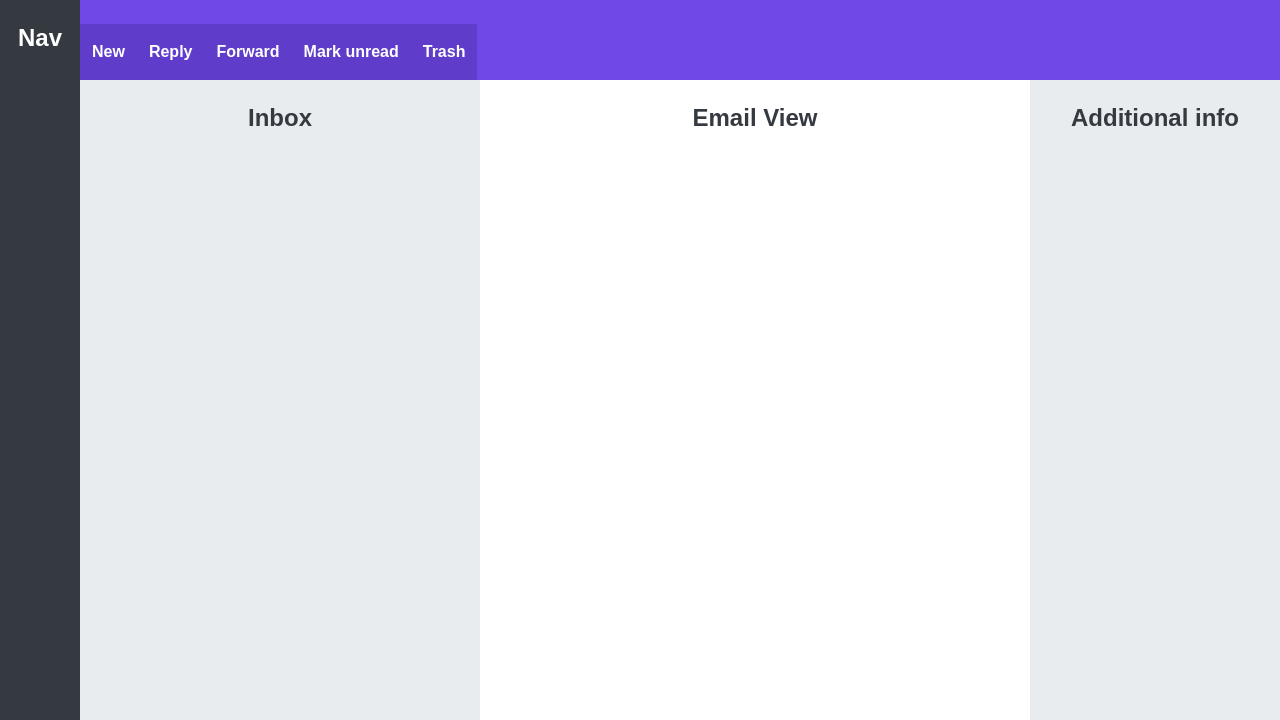
Repository: sunny070/CSS
Page: HTML and CSS some of the important components/06_app-layout.html
These files come from the project's save history. The page is drawn as it stood at one moment and after the next save; the edit follows.
The browser window is 1280 px wide. The pictures show the whole page.

Above is the page before, as saved 2023-11-17 14:00:23.

### HTML and CSS some of the important components/06_app-layout.html
<!DOCTYPE html>
<html lang="en">
<head>
    <meta charset="UTF-8">
    <meta name="viewport" content="width=device-width, initial-scale=1.0">
    <title>App Layout</title>
    <style>
        *{
            margin: 0;
            padding: 0;
            box-sizing: border-box;
        }
        body{
            font-family: sans-serif;
            color:#343a40;
            font-size: 24px;
            height: 100vh;
            text-align: center;
            font-weight:bold;
            display: grid;
            grid-template-columns: 80px 400px 1fr 250px;
            grid-template-rows: 80px 1fr;
        }
        nav,menu,section,main,aside{
            padding-top:24px
        }
        nav{
            background-color:#343a40 ;
            color:#fff;
            grid-row: 1/-1;
        }
        menu{
            background-color:#7048e8;
            grid-column: 2/-1;
            display: flex;
        }
        button{
            display: inline-block;
            font-size: 16px;
            font-weight: bold;
            background-color:#5f3dca;
            border: none;
            cursor: pointer;
            color:#fff ;
            padding: 8px 12px;
        }
        section{
            background-color:#e9ecef;
        }
        aside{
            background-color:#e9ecef;
        }
    </style>
</head>
<body>
    <nav>Nav</nav>
    <menu>
        <button>New</button>
        <button>Reply</button>
        <button>Forward</button>
        <button>Mark unread</button>
        <button>Trash</button>
    </menu>
    <section>Inbox</section>
    <main>Email View</main>
    <aside>Additional info</aside>
</body>
</html>

After the next save:
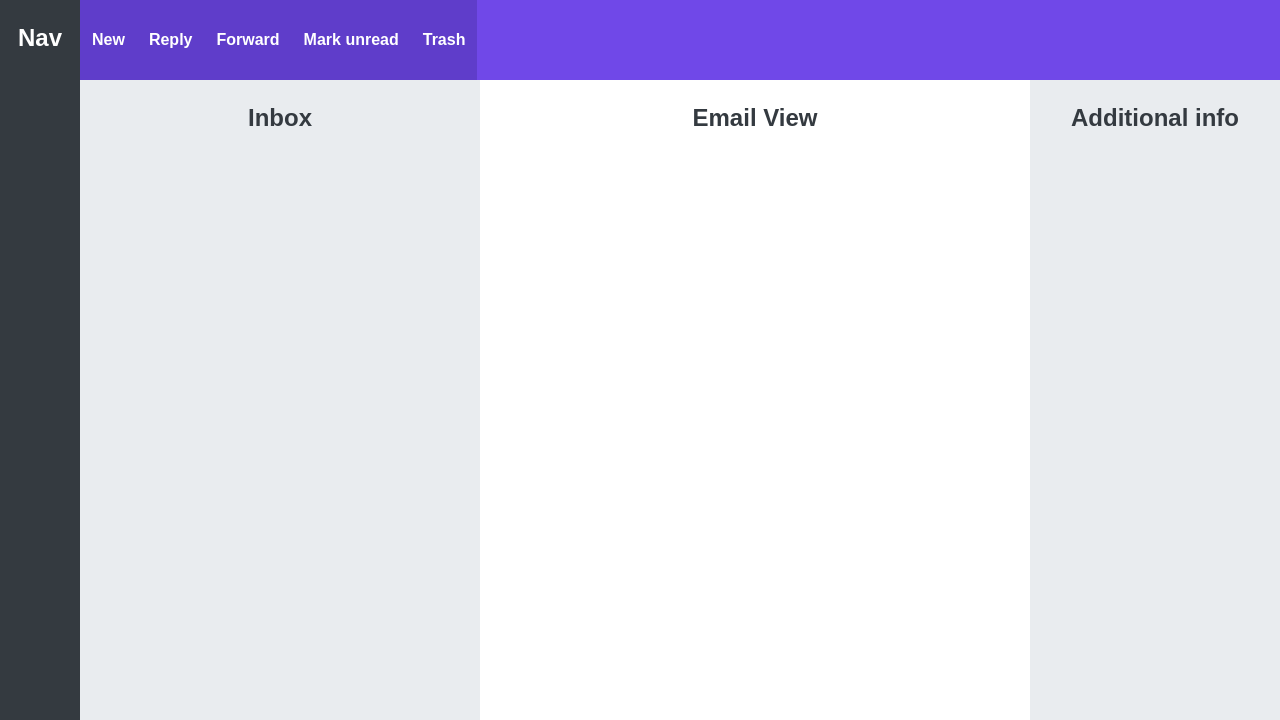
Saved 10 s later.
--- a/HTML and CSS some of the important components/06_app-layout.html
+++ b/HTML and CSS some of the important components/06_app-layout.html
@@ -21,7 +21,7 @@
             grid-template-columns: 80px 400px 1fr 250px;
             grid-template-rows: 80px 1fr;
         }
-        nav,menu,section,main,aside{
+        nav,section,main,aside{
             padding-top:24px
         }
         nav{
